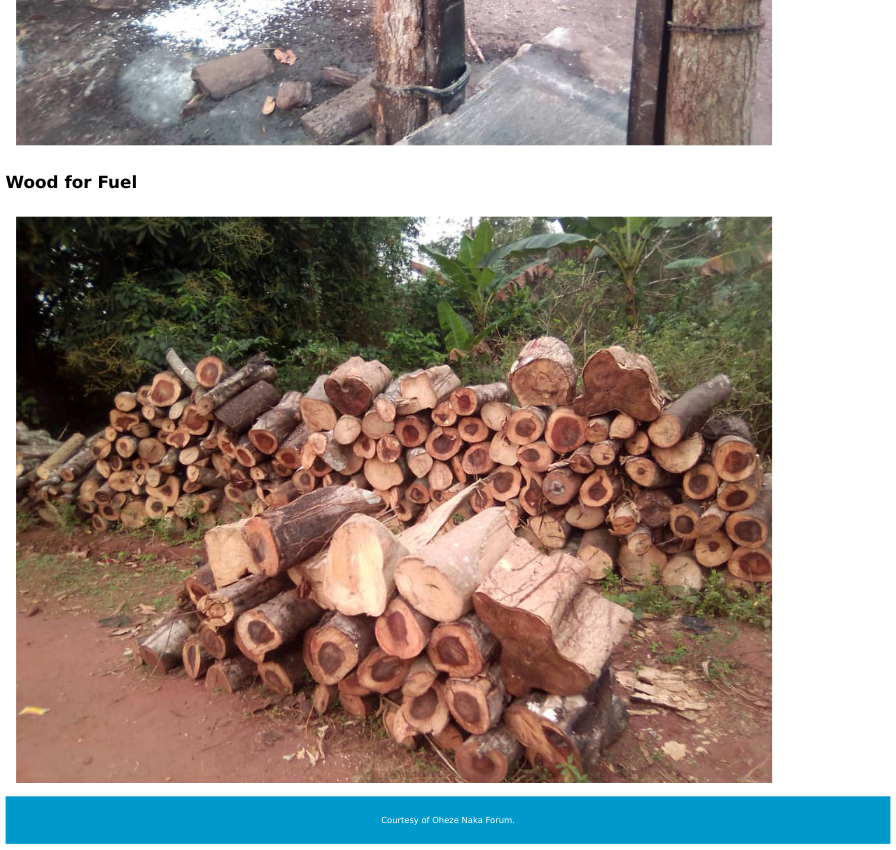
Repository: OtasowieRotimiOsifo/oheze-naka-forum
Page: economy.html
The author's editor kept a copy of each file at every save. The page is drawn from the files as they stood at one save, then again after the next save.
The browser window is 1280 px wide. The pictures show the part of the page from y = 3671 to 5591 px (the page is 4885 px tall before and 5796 px after), at 70% of full size.

Above is the page before, as saved 2021-04-01 23:09:08.

After the next save:
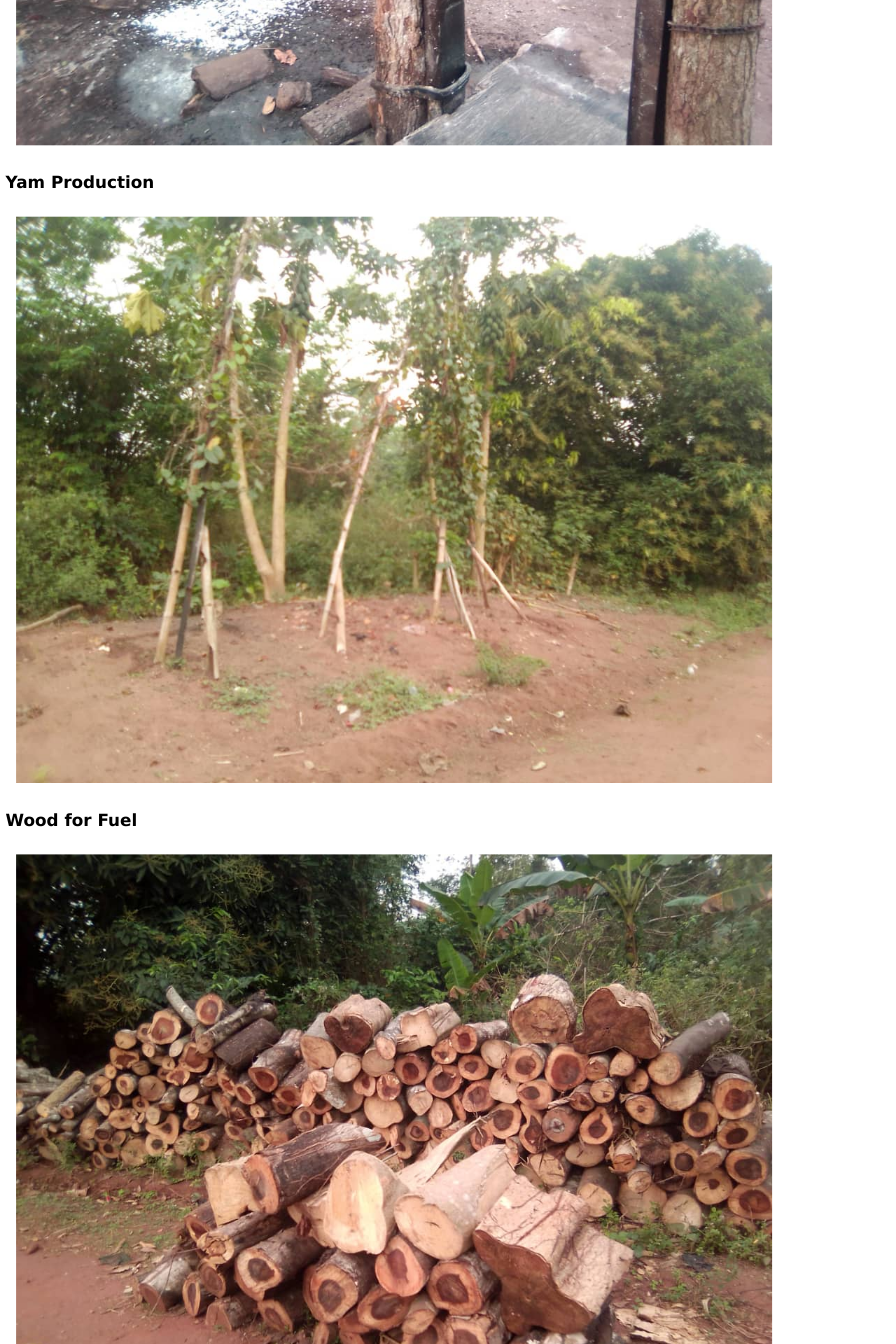
Saved 4 min 38 s later.
--- a/economy.html
+++ b/economy.html
@@ -139,6 +139,12 @@ html {
   </div>
   </div>
   <div class="row">
+    <h2>Yam Production</h2>
+    <div  class="col-3 col-s-3">
+      <img src="img/yam-production.jpeg"/>
+  </div>
+  </div>
+  <div class="row">
     <h2>Wood for Fuel</h2>
     <div  class="col-3 col-s-3">
       <img src="img/woods.jpg"/>
